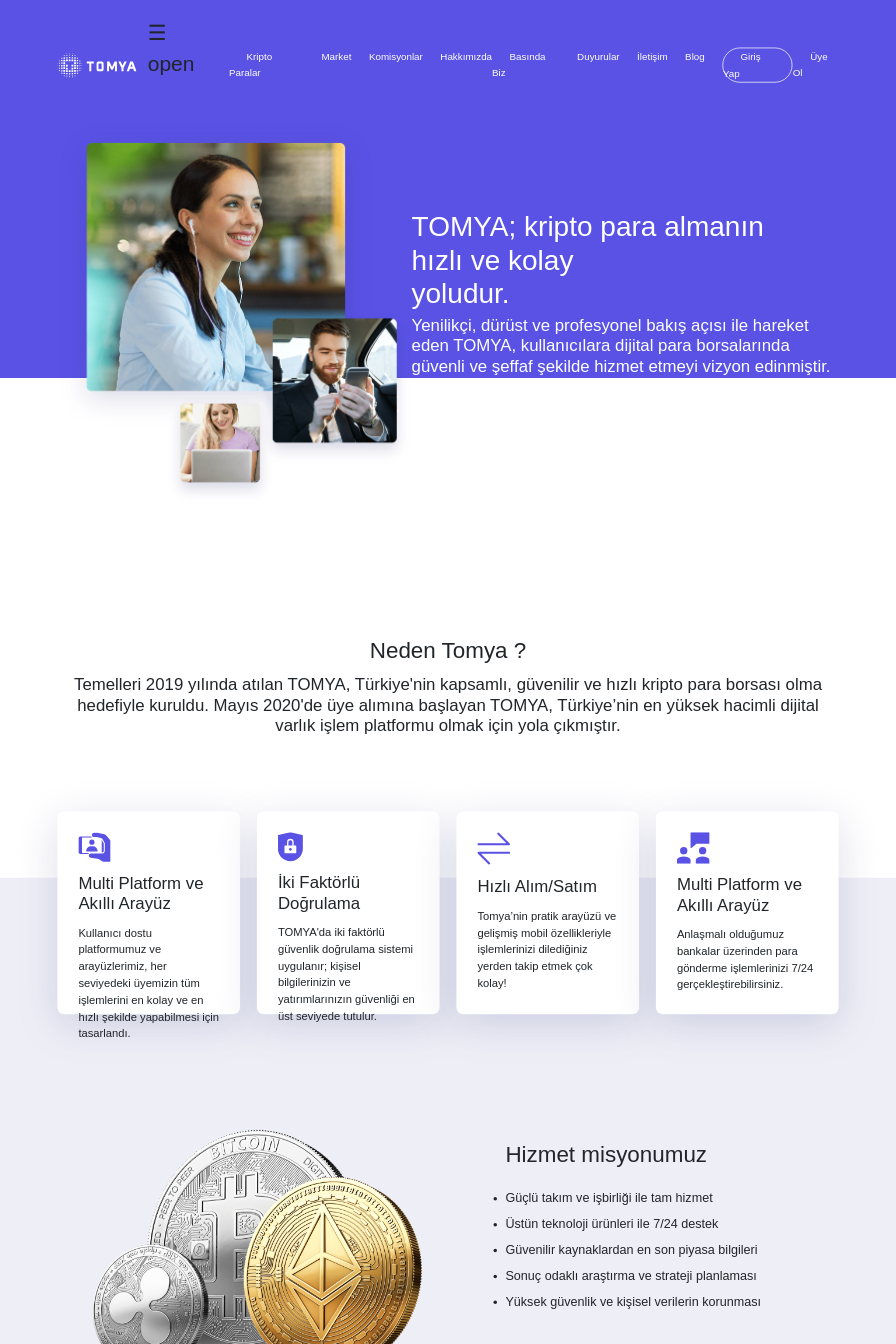
Repository: ezgibayrakli/TomyaProje
Page: index copy.html
An editor plug-in stored every save of this project. The page is shown before and after the next save, followed by the edit.
The browser window is 1280 px wide. The pictures show the part of the page from y = 0 to 1920 px (the page is 5139 px tall), at 70% of full size.
Some web fonts or font styles are not loaded; a fallback is used.

Above is the page before, as saved 2023-07-06 16:10:11.

After the next save:
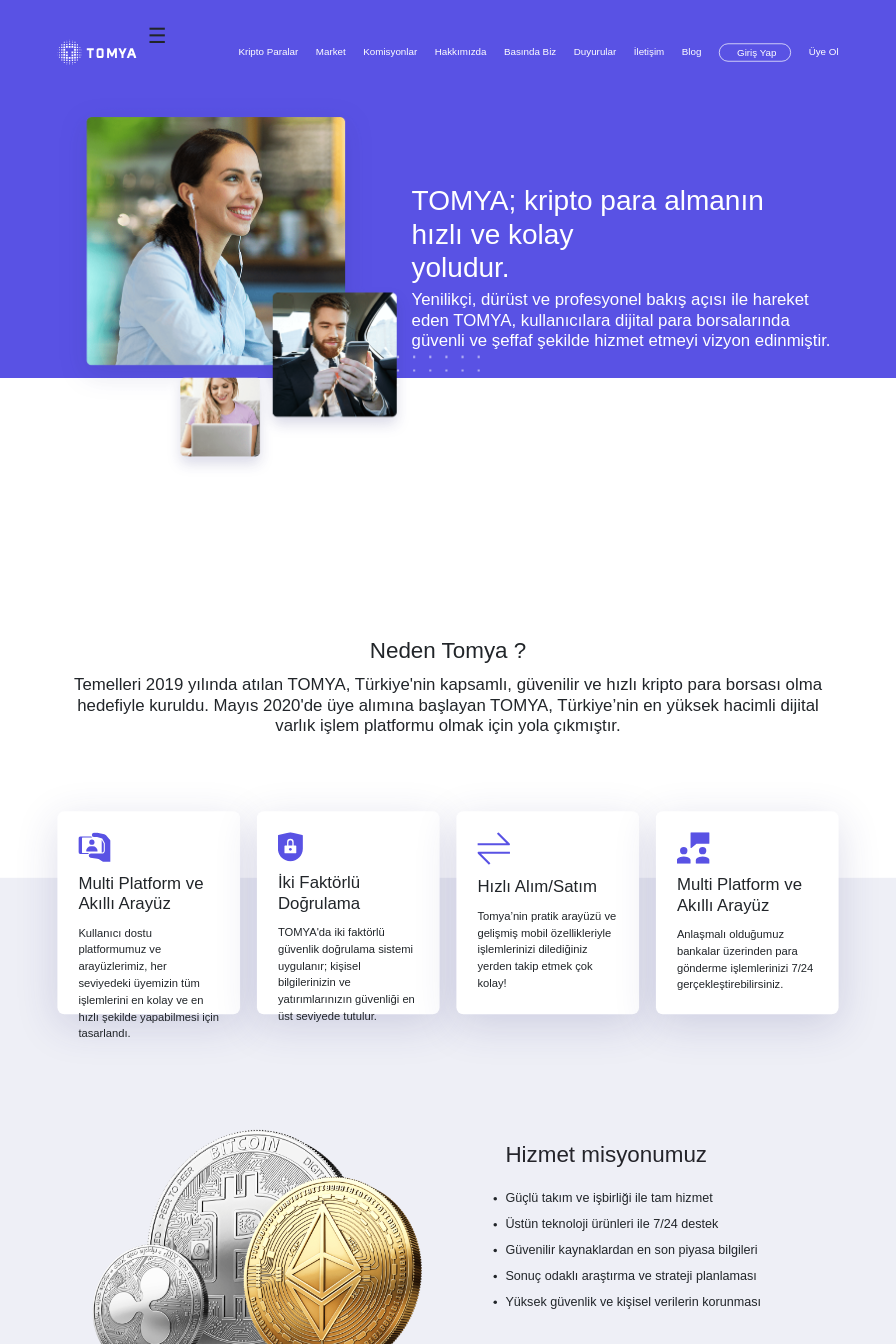
Saved 34 s later.
--- a/index copy.html
+++ b/index copy.html
@@ -35,7 +35,7 @@
                           <div id="main">
                             <span style="font-size:30px;cursor:pointer" onclick="openNav()">
 
-                            &#9776; open</span>
+                            &#9776;</span>
 
                           </div>
 
